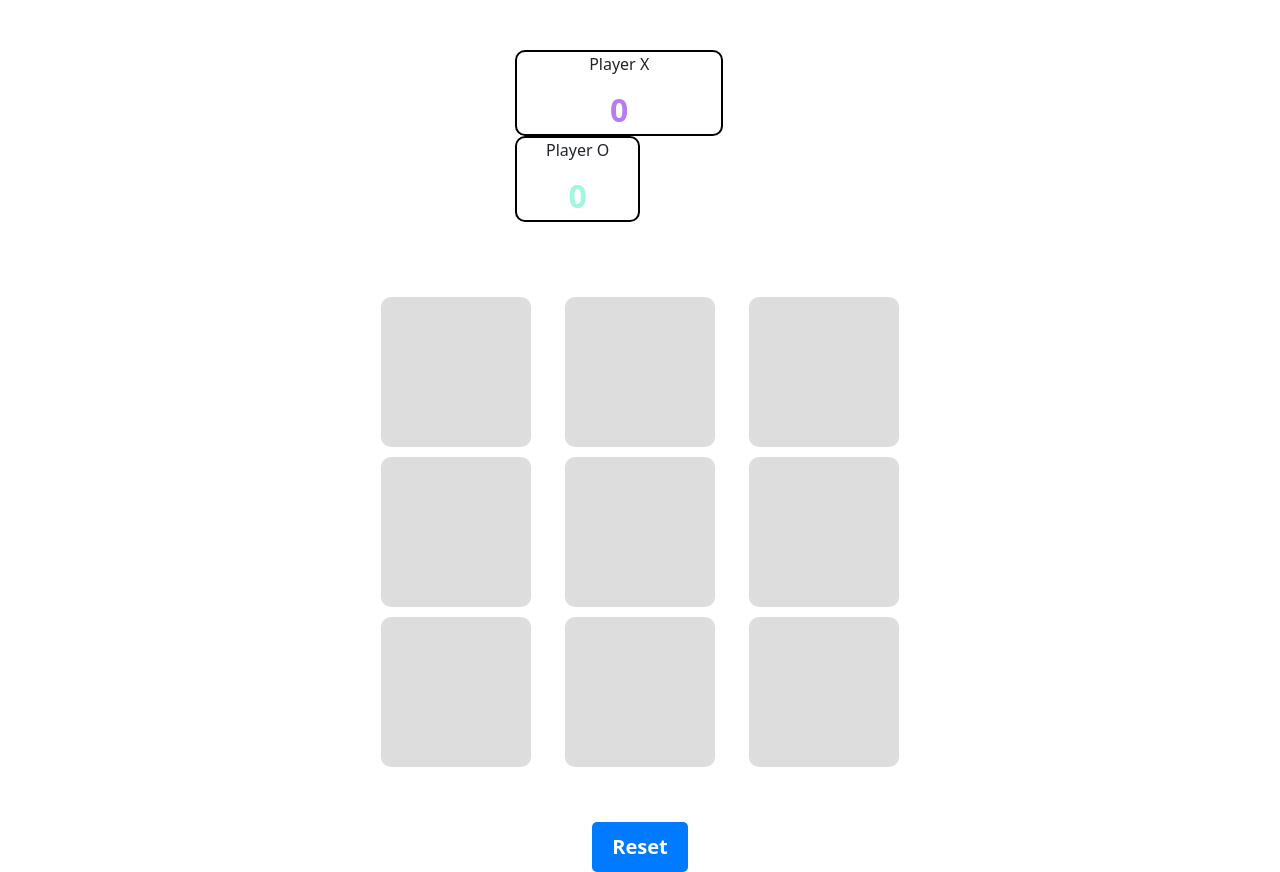
Repository: woodsdeshe/Tic-Tac-Toe
Page: index.html
These files come from the project's save history. The page is drawn as it stood at one moment and after the next save; the edit follows.
The browser window is 1280 px wide. The pictures show the whole page.

Above is the page before, as saved 2023-03-31 20:41:48.

### index.html
<!DOCTYPE html>
<html lang="en">
  <head>
    <meta charset="UTF-8" />
    <meta http-equiv="X-UA-Compatible" content="IE=edge" />
    <meta name="viewport" content="width=device-width, initial-scale=1.0" />
    <title>Tic Tac Toe | DeShe Woods</title>
    <link rel="stylesheet" href="styles.css" />
    <link
      href="https://cdn.jsdelivr.net/npm/bootstrap@5.3.0-alpha2/dist/css/bootstrap.min.css"
      rel="stylesheet"
      integrity="sha384-aFq/bzH65dt+w6FI2ooMVUpc+21e0SRygnTpmBvdBgSdnuTN7QbdgL+OapgHtvPp"
      crossorigin="anonymous"
    />
  </head>
  <body>
    <div class="container">
      <div class="row">
        <div class="col-10 scoreboard scoreboard-left">
          <div>Player X</div>
          <div class="score-x">0</div>
        </div>
        <div class="col-6 scoreboard scoreboard-right">
          <div>Player O</div>
          <div class="score-o">0</div>
        </div>
      </div>
      <div class="message"></div>
      <div class="container game-board">
        <div class="row">
          <div class="col-4">
            <div class="tile square-1"></div>
          </div>
          <div class="col-4">
            <div class="tile square-2"></div>
          </div>
          <div class="col-4">
            <div class="tile square-3"></div>
          </div>
        </div>
        <div class="row">
          <div class="col-4">
            <div class="tile square-4"></div>
          </div>
          <div class="col-4">
            <div class="tile square-5"></div>
          </div>
          <div class="col-4">
            <div class="tile square-6"></div>
          </div>
        </div>
        <div class="row">
          <div class="col-4">
            <div class="tile square-7"></div>
          </div>
          <div class="col-4">
            <div class="tile square-8"></div>
          </div>
          <div class="col-4">
            <div class="tile square-9"></div>
          </div>
        </div>
      </div>
      </div>
      <div class="reset">
        <button class="reset-btn">Reset</button>
      </div>
    </div>
    <script
      src="https://cdn.jsdelivr.net/npm/bootstrap@5.3.0-alpha2/dist/js/bootstrap.bundle.min.js"
      integrity="sha384-qKXV1j0HvMUeCBQ+QVp7JcfGl760yU08IQ+GpUo5hlbpg51QRiuqHAJz8+BrxE/N"
      crossorigin="anonymous"
    ></script>
    <script src="script.js"></script>
  </body>
</html>

### styles.css
.container {
  display: flex;
  flex-direction: column;
  align-items: center;
  margin-top: 50px;
}

.scoreboard {
    display: flex;
    flex-direction: column;
    align-items: center;
    border: 2px solid black;
    border-radius: 10px;
    width: 200px
}

.scoreboard-left {
    margin-right: 70px;
  }

.scoreboard-right {
  border-top-right-radius: 10px;
  border-bottom-right-radius: 10px;
}

.score-x{
    font-size: 48px;
  color: rgb(184, 123, 241);
}

.score-o {
    font-size: 48px;
  color: rgb(160, 247, 221);
}

.score-x,
.score-o {
  font-size: 2em;
  font-weight: bold;
  margin-top: 10px;
}

.message {
    font-size: 2em;
    margin-bottom: 20px;
  }

  .game-board {
    display: flex;
    justify-content: center;
  }

  .tile {
    width: 150px;
    height: 150px;
    background-color: #ddd;
    margin: 5px;
    border-radius: 10px;
    display: flex;
    justify-content: center;
    align-items: center;
    font-size: 50px;
    font-weight: bold;
    cursor: pointer;
  }

  .reset {
    text-align: center;
    margin-top: 50px;
  }


  .reset-btn {
    font-size: 20px;
    font-weight: bold;
    padding: 10px 20px;
    background-color: #007bff;
    color: white;
    border-radius: 5px;
    border: none;
    cursor: pointer;
  }

@media (max-width: 767px) {
  .scoreboard {
    margin-bottom: 20px;
  }
}

### script.js
// Variables that access the squares, reset button, scoreboards , and messaging for the game that will stay constant
const gameBoard = document.querySelector(".game-board");
const resetBtn = document.querySelector(".reset-btn");
const scoreboardX = document.querySelector(".score-x");
const scoreboardO = document.querySelector(".score-o");
const message = document.querySelector(".message");
const tile = document.querySelectorAll(".tile");

// Variables that access the current player, game over, X and O scores that will change based on conditions of the game
let currentPlayer = "X";
let gameOver = false;
let xScore = 0;
let oScore = 0;

// This event listener will check to see if the tiles are empty and will fill them with the symbol of the current player

gameBoard.addEventListener("click", (event) => {
  event.preventDefault();

  //This if statement checks to see if the game is over before allowing the players to continue playing. If gameOver is true, then the board becomes unclickable
  if (gameOver) {
    return;
  }

  // This variable will hold the square that gets clicked using the .target property
  const square = event.target;

  // Checks to see if the square contains a class of tile and the square is empty. If it's empty then the square will contain a symbol and alternate the symbol according to the current player
  if (square.classList.contains("tile") && square.textContent === "") {
    square.textContent = currentPlayer;

    //Updates the message variable to show who's turn it is on the screen
    message.textContent = `It's ${currentPlayer} turn`;

    currentPlayer = currentPlayer === "X" ? "O" : "X";
  }

  //Calls the checkForWinner function after each turn to see if a player has won
  checkForWinner();
});

// Check to see if the tiles contain a winning play of a specific player
function currentPlay(plays, player) {
  // The .every method checks through every tile within the player array that checks to see if they contain the current players symbol with a boolean "true" or "false"
  return plays.every((tile) => {
    tileElement = document.querySelector(`.square-${tile}`);
    return tileElement.textContent === player;
  });
}

// This function will check to see which player has the winning set after each move
function checkForWinner() {
  // Nested arrays that show all the winning plays that are needed to win
  const winningPlays = [
    [1, 2, 3],
    [4, 5, 6],
    [7, 8, 9],
    [1, 4, 7],
    [2, 5, 8],
    [3, 6, 9],
    [1, 5, 9],
    [3, 5, 7],
  ];

  // Loops through each array within "winingPlays" and stores the values in the variable "plays"
  for (let i = 0; i < winningPlays.length; i++) {
    const plays = winningPlays[i];

    // Create if/else conditions that will check to see if the current player has a winning play thats in 'winningPlays', if no one wins, it calls the "itsATie" function to alert the players that the game is over and prevents the players from continuing to play using th endGame function"
    if (currentPlay(plays, "X")) {
      xScore++;
      scoreboardX.textContent = xScore;
      message.textContent = "Player X Wins!";
      gameOver = true;
      endGame();
    } else if (currentPlay(plays, "O")) {
      oScore++;
      scoreboardO.textContent = oScore;
      message.textContent = "Player O Wins!";
      gameOver = true;
      endGame();
    } else if (itsATie()) {
      message.textContent = "Game over! It's a tie!!!";
      gameOver = true;
      endGame();
    }
  }

  // This function iterates through all the tiles on the board and checks to see if the board is full. If there isn't any empty tiles left, it returns true.
  function itsATie() {
    for (let i = 0; i < tile.length; i++) {
      if (tile[i].textContent === "") {
        return false;
      }
    }
    return true;
  }

  // This function iterates through all the tiles in the game and removes the gameBoard listener so that the board is no longer clickable when the game is over
  function endGame() {
    for (let i = 0; i < tile.length; i++) {
      tile[i].removeEventListener("click", handleClick);
    }
  }
}

//This function resets the game
function resetGame() {
  currentPlayer = "X";
  gameOver = false;
  message.textContent = `It's ${currentPlayer} turn`;
  scoreboardX.textContent = "0";
  scoreboardO.textContent = "0";
  xScore = 0;
  oScore = 0;


  // Clears the board by setting the text content of all tiles to an empty string
  tile.forEach((tile) => {
    tile.textContent = "";
  });

  // Add back the event listener to each tile so that they are clickable again
  tile.forEach((tile) => {
    tile.addEventListener("click", handleTileClick);
  });
}

resetBtn.addEventListener("click", () => {
  resetGame();
});

After the next save:
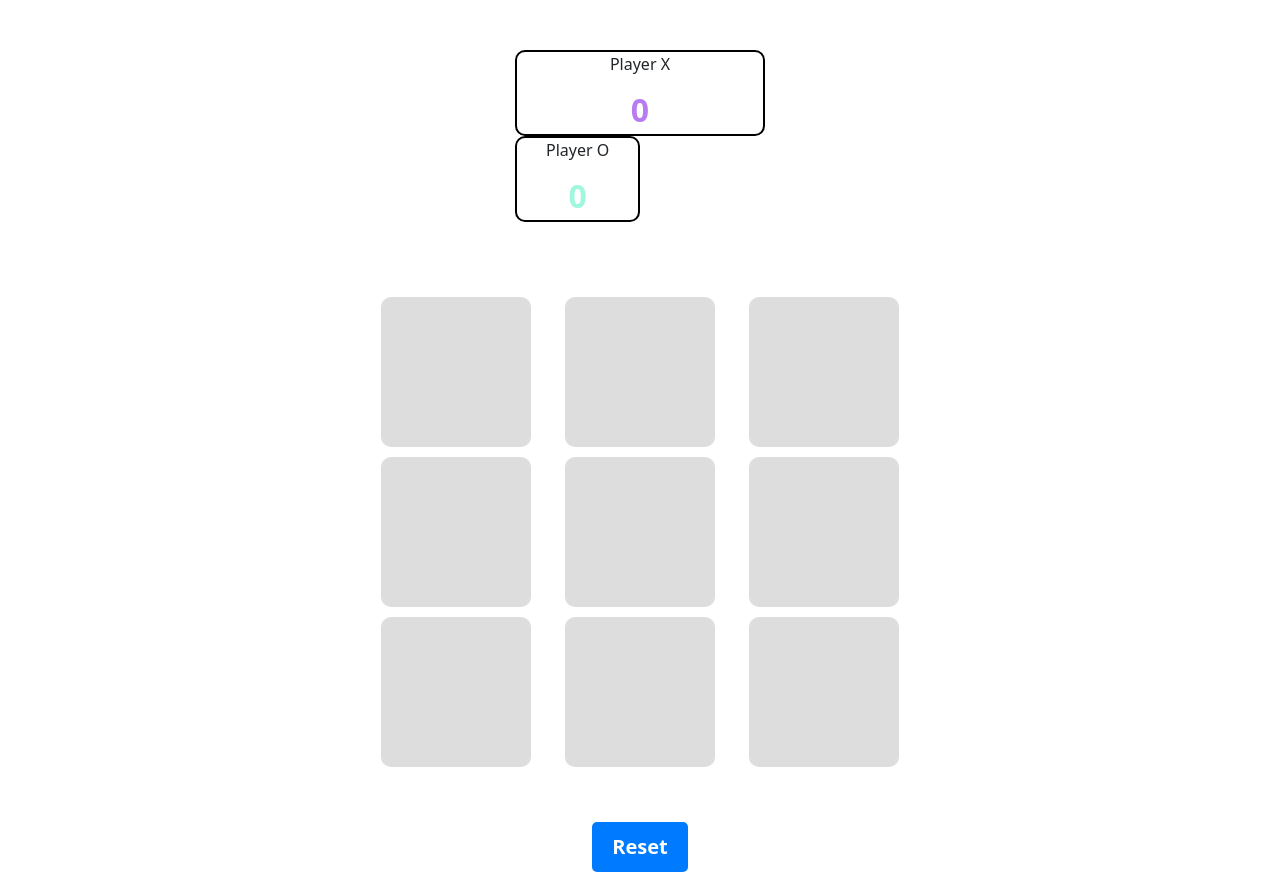
Saved 6 s later.
--- a/index.html
+++ b/index.html
@@ -16,7 +16,7 @@
   <body>
     <div class="container">
       <div class="row">
-        <div class="col-10 scoreboard scoreboard-left">
+        <div class="col-12 scoreboard scoreboard-left">
           <div>Player X</div>
           <div class="score-x">0</div>
         </div>
